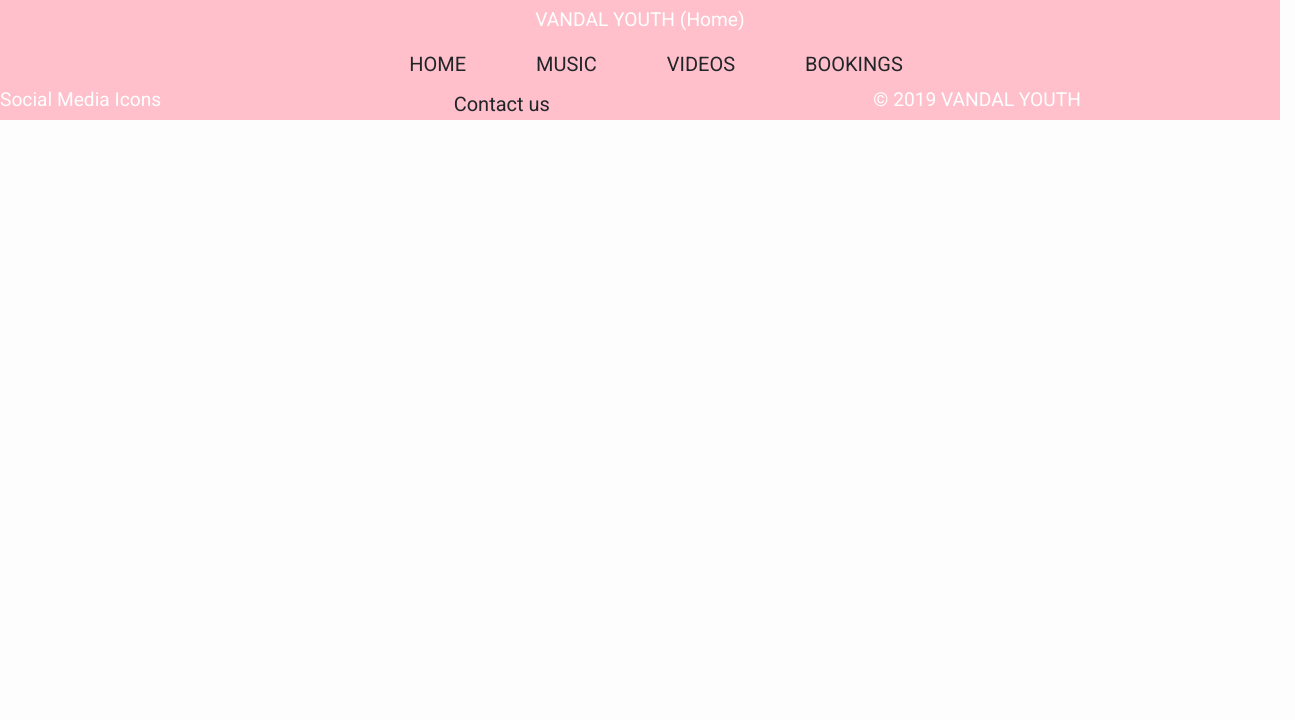
Repository: dof-bull/ci_milestone_project_1_Vandal_Youth
Page: index.html
The author's editor kept a record of every edit. The page is drawn from the files as they stood at one moment, then again after the next edit.
The browser window is 1280 px wide. The page is 1295 px wide, then 1280 px, so the pictures cover 1295 px, including what lies to the right of the window. The pictures show the whole page.

Above is the page before.

After the next edit:
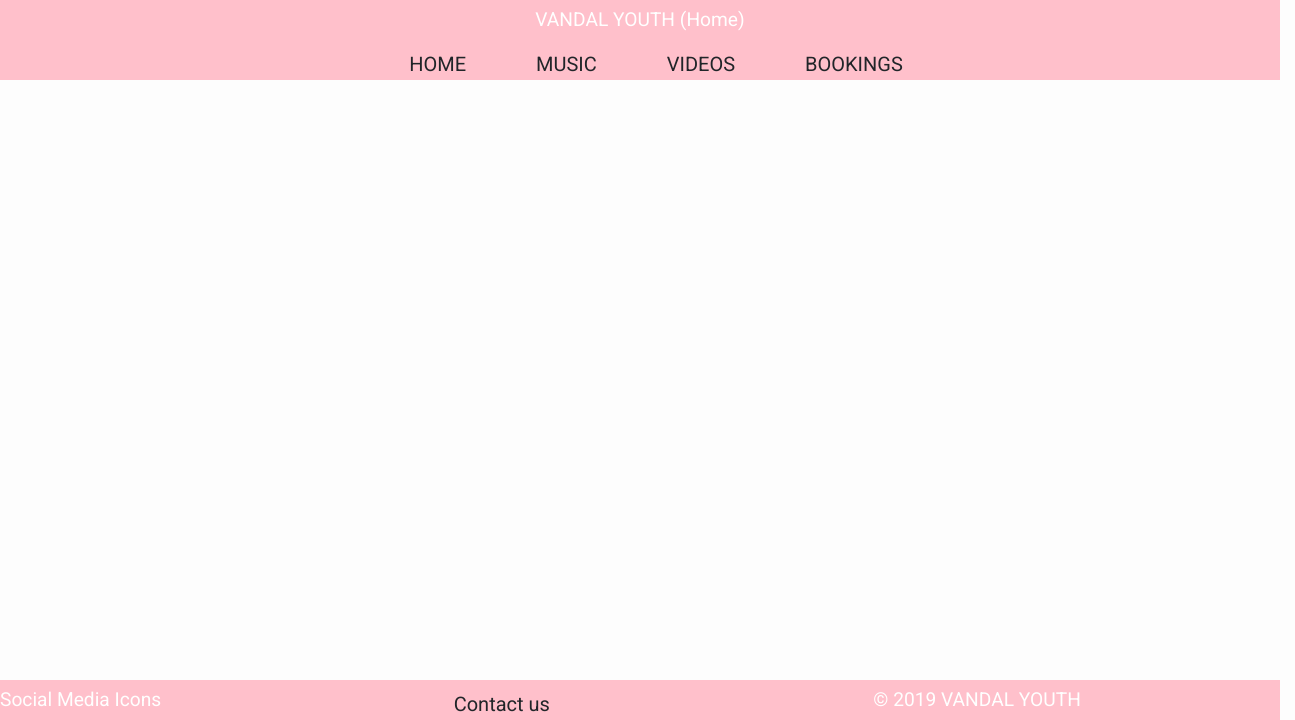
The edit:
--- a/assets/css/style.css
+++ b/assets/css/style.css
@@ -63,6 +63,11 @@
 /* Footer */
 
 .footer {
+
+    position: fixed;
+    left: 0;
+    bottom: 0;
+    width: 100%;
     background-color: pink;
     color: white;
     font-size: 1.2em;
@@ -75,10 +80,13 @@
     padding: 0;
 }
 
-position: fixed;
+
+.footer2 {
+   position: fixed;
    left: 0;
    bottom: 0;
    width: 100%;
    background-color: red;
    color: white;
    text-align: center;
+}
